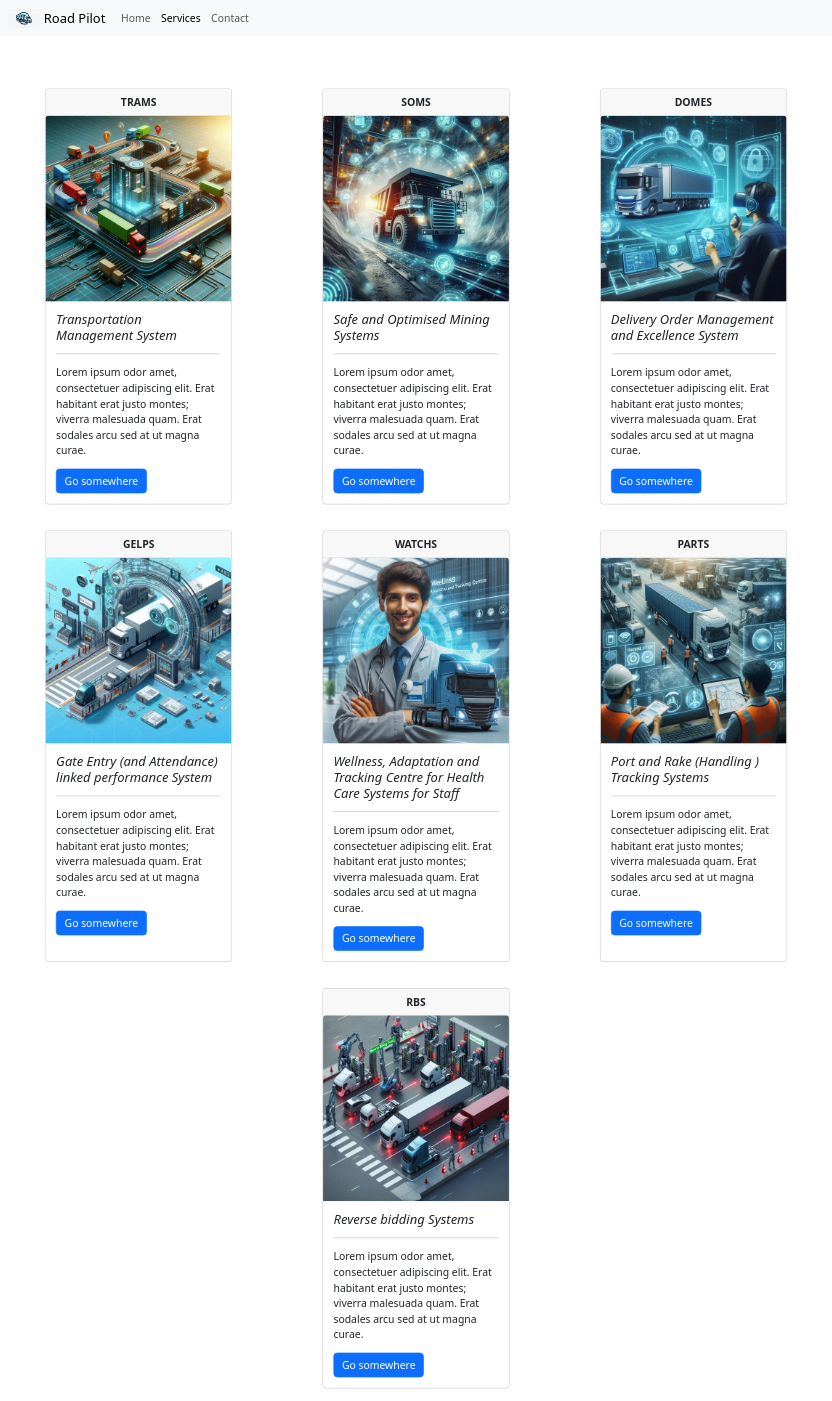
Repository: VictoriousMango/WebCreator
Page: pages/Services.html
These files come from the project's save history. The page is drawn as it stood at one moment and after a run of saves; the edit follows.
The browser window is 1280 px wide. The pictures show the whole page, at 65% of full size.

Above is the page before, as saved 2024-11-09 12:14:37.

After the next 6 saves:
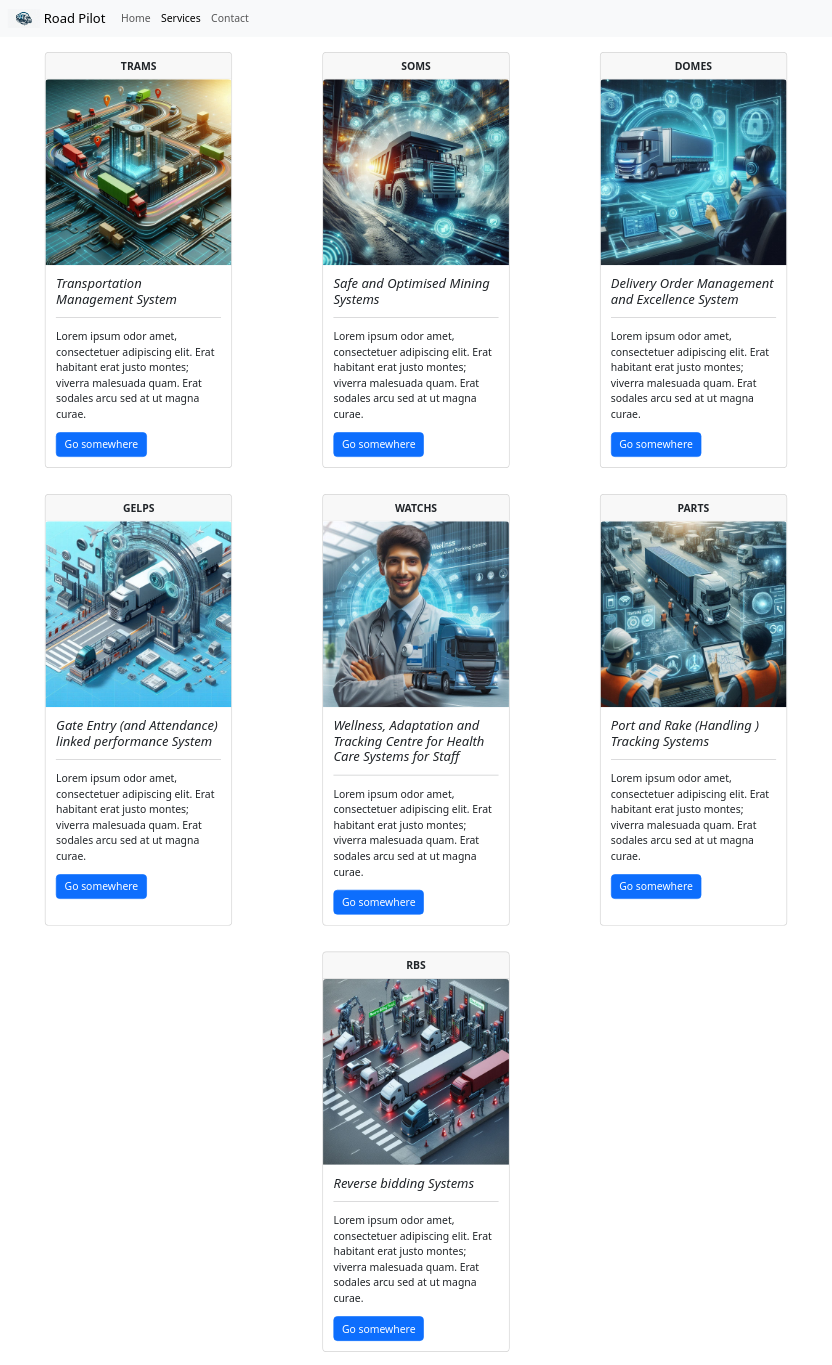
The 6 saves are shown as one change because they came seconds apart.
The last was saved 15 s later.
--- a/assets/css/services.css
+++ b/assets/css/services.css
@@ -1,4 +1,5 @@
-.navbar {\
+.navbar {
+    background-color: rgba(0, 217, 255, 0.7);
     position: fixed; /* Make the navbar fixed */
     top: 0; /* Stick to the top */
     width: 100%; /* Full width */
